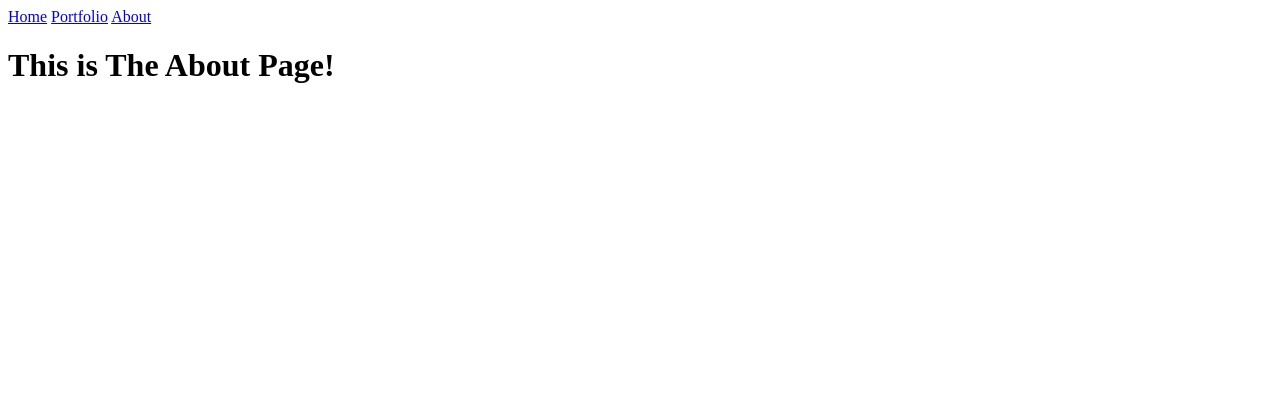
Repository: umana661/umana661.github.io
Page: my_website/about_me.html
The author's editor kept a record of every edit. The page is drawn from the files as they stood at one moment, then again after the next edit.
The browser window is 1280 px wide. The pictures show the whole page.

Above is the page before.

### my_website/about_me.html
<!doctype html>
	<html lang="en">
	  <head>
	    <meta charset="utf-8">
	    <title>Portfolio</title>
	  </head>
	  <body>
    <a href="index.html">Home</a>
    <a href="portfolio.html">Portfolio</a>
    <a href="about.html">About</a>
    <h1>This is The About Page!</h1>
    <br>
    <a target="_blank" href="https://scratch.mit.edu">
    </a>
	  </body>
	</html>

After the next edit:
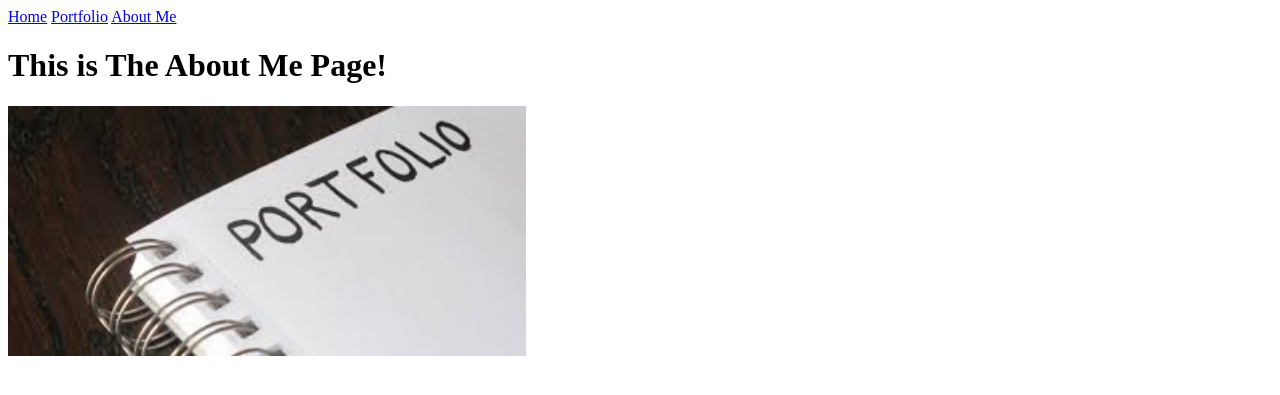
The edit:
--- a/my_website/about_me.html
+++ b/my_website/about_me.html
@@ -7,8 +7,9 @@
 	  <body>
     <a href="index.html">Home</a>
     <a href="portfolio.html">Portfolio</a>
-    <a href="about.html">About</a>
-    <h1>This is The About Page!</h1>
+    <a href="about_me.html">About Me</a>
+    <h1>This is The About Me Page!</h1>
+    <img src="images/portfolio.jpg" height="250">
     <br>
     <a target="_blank" href="https://scratch.mit.edu">
     </a>
